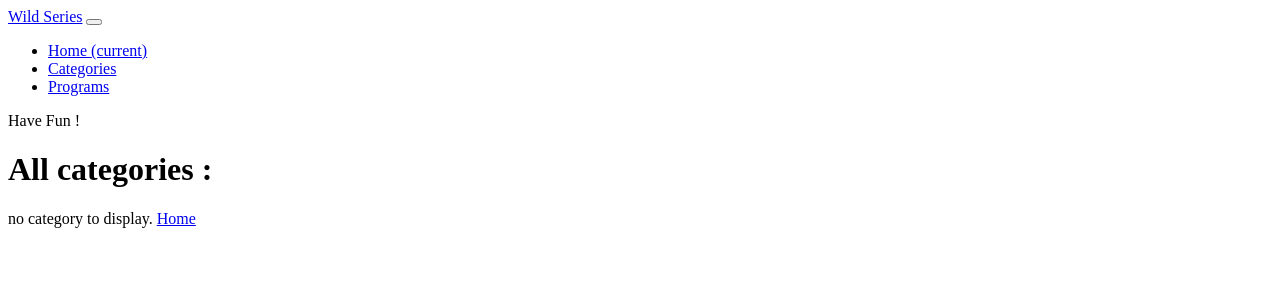
Repository: AurelieFqt/Wild-series
Page: templates/category/index.html.twig
These files come from the project's save history. The page is drawn as it stood at one moment and after the next save; the edit follows.
The browser window is 1280 px wide. The pictures show the whole page.
The page is a Twig template of a Symfony application; nobody is signed in and links lead nowhere. The template is opened directly, without the code that normally fills it, so the values that code supplies are empty.

Above is the page before, as saved 2020-12-03 19:45:21.

After the next save:
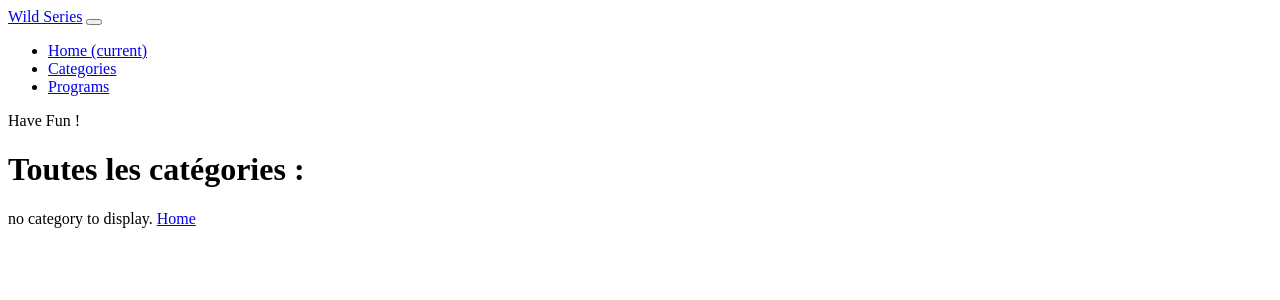
Saved 17 s later.
--- a/templates/category/index.html.twig
+++ b/templates/category/index.html.twig
@@ -3,7 +3,7 @@
 {% block title %}All categories{% endblock %}
 
 {% block body %}
-    <h1>All categories : </h1>
+    <h1>Toutes les catégories : </h1>
     {% for category in categories %}
         <div>
             <h2>{{ loop.index }} / {{ category.name }}</h2>
